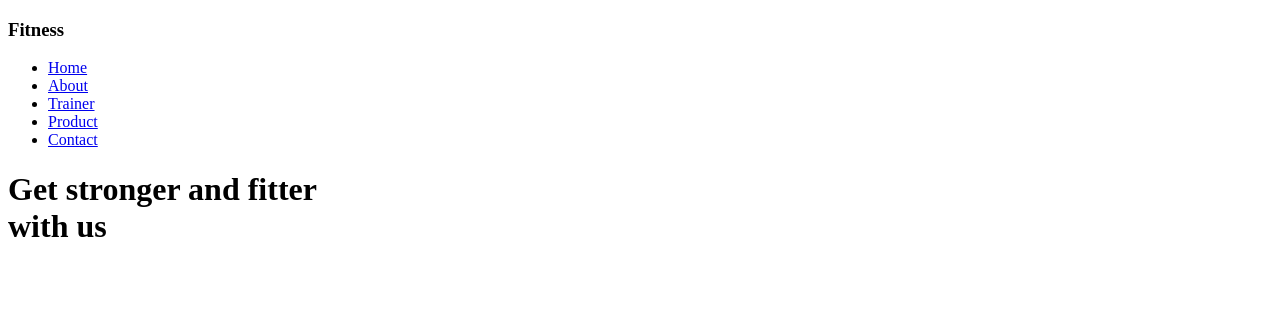
Repository: Mayur2905/OIBSIP
Page: Task-1/index.html
An editor plug-in stored every save of this project. The page is shown before and after the next save, followed by the edit.
The browser window is 1280 px wide. The pictures show the whole page.

Above is the page before, as saved 2022-02-02 23:29:07.

After the next save:
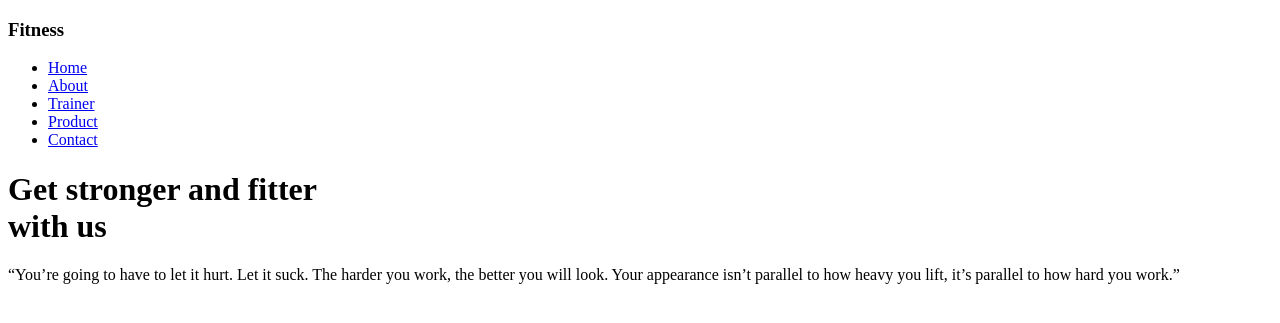
Saved 2 min 2 s later.
--- a/Task-1/index.html
+++ b/Task-1/index.html
@@ -23,6 +23,7 @@
     </div>
     <div class="content">
         <h1>Get stronger and fitter <br> <span class="sytle">with us</span></h1>
+        <p>“You’re going to have to let it hurt. Let it suck. The harder you work, the better you will look. Your appearance isn’t parallel to how heavy you lift, it’s parallel to how hard you work.”</p>
     </div>
 </body>
 </html>
